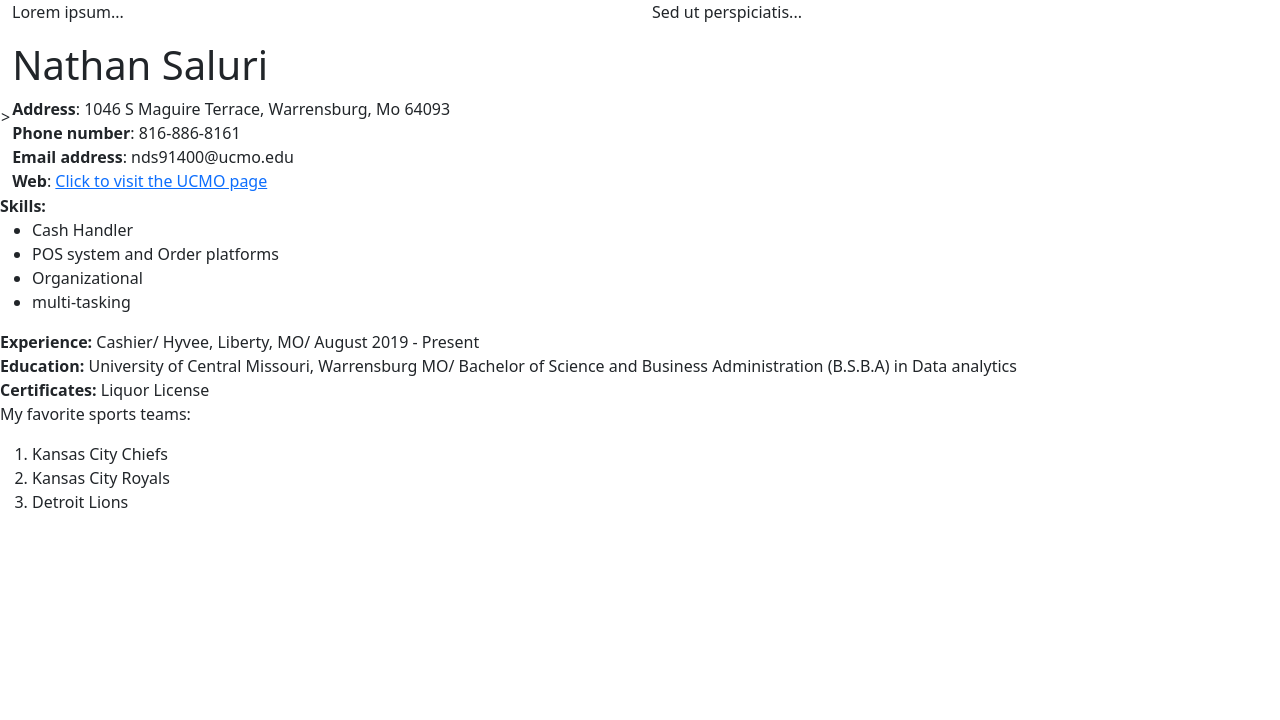
Repository: nds91400/spring-2023-cis2625-serverless
Page: lesson8/index.html
The author's editor kept a record of every edit. The page is drawn from the files as they stood at one moment, then again after the next edit.
The browser window is 1280 px wide. The pictures show the whole page.

Above is the page before.

### lesson8/index.html
<!doctype html>
<html lang="en">
  <head>
    <meta charset="utf-8">
    <meta name="viewport" content="width=device-width, initial-scale=1">
    <title>Bootstrap demo</title>
    <link href="https://cdn.jsdelivr.net/npm/bootstrap@5.3.0-alpha1/dist/css/bootstrap.min.css" rel="stylesheet" integrity="sha384-GLhlTQ8iRABdZLl6O3oVMWSktQOp6b7In1Zl3/Jr59b6EGGoI1aFkw7cmDA6j6gD" crossorigin="anonymous">
  </head>
  <body>
      <div class="container-fluid">
  <div class="row">
    <div class="col-sm-3 col-md-6">
      <p>Lorem ipsum...</p>
    </div>
    <div class="col-sm-9 col-md-6">
      <p>Sed ut perspiciatis...</p>
    </div>
    <div class="row">
        <div class="col-sm">

        </div>
    </div>
  </div>
</div>

<table name="top" id="top">
<tr>
<td>></td>
<td>
    <h1>Nathan Saluri</h1>
<b>Address</b>: 1046 S Maguire Terrace, Warrensburg, Mo 64093</br>
<b>Phone number</b>: 816-886-8161</br>
<b>Email address</b>: nds91400@ucmo.edu</br>
<b>Web</b>: <a href="http://www.ucmo.edu">Click to visit the UCMO page</a></br></td>
</tr>
</table>

<b>Skills:</b>
<ul><li>Cash Handler</li>
<li>POS system and Order platforms</li>
<li>Organizational</li>
<li>multi-tasking</li>
</ul>
<b>Experience:</b> Cashier/ Hyvee, Liberty, MO/ August 2019 - Present </br>
<b>Education:</b> University of Central Missouri, Warrensburg MO/ Bachelor of Science and Business Administration (B.S.B.A) in Data analytics </br>
<b>Certificates:</b> Liquor License </br>

<p>My favorite sports teams:</p>
<ol>
    <li>Kansas City Chiefs</li>
    <li>Kansas City Royals</li>
    <li>Detroit Lions</li>
</ol>


</body>
</html>

After the next edit:
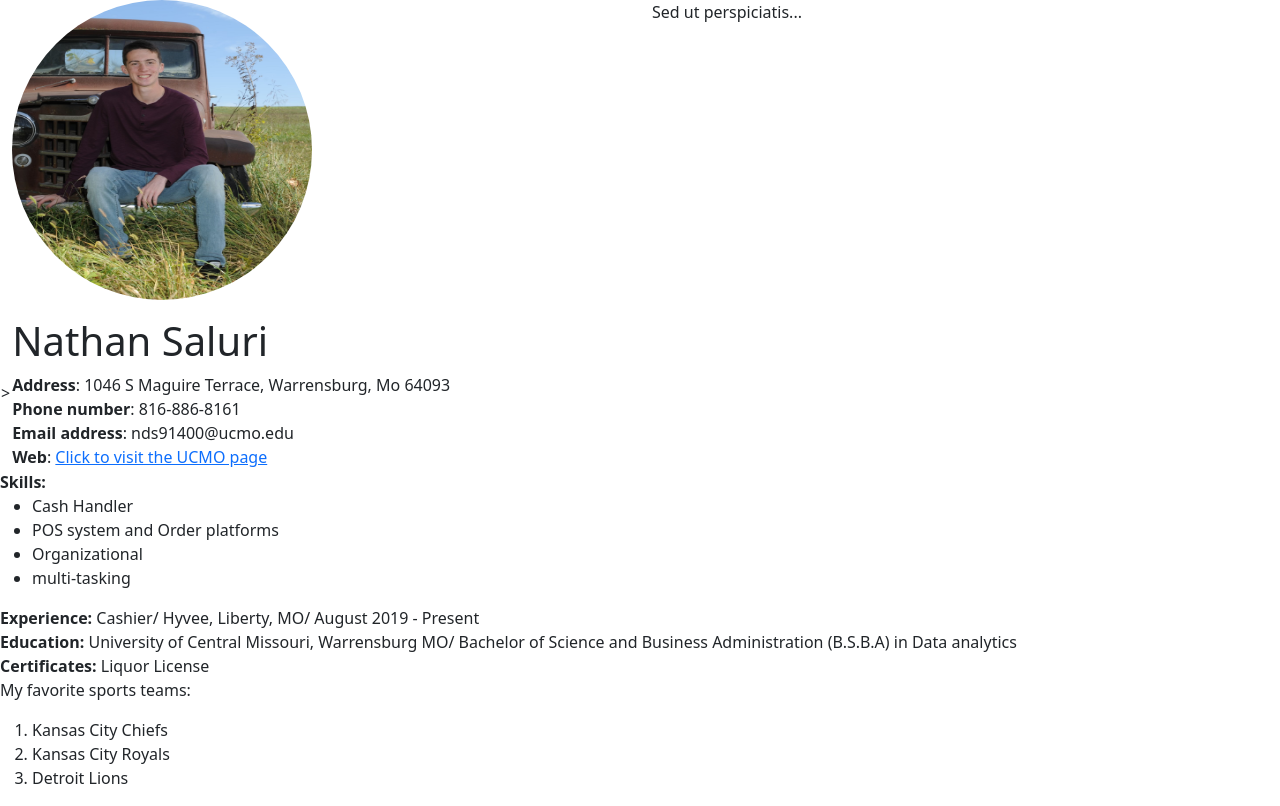
The edit:
--- a/lesson8/index.html
+++ b/lesson8/index.html
@@ -10,7 +10,7 @@
       <div class="container-fluid">
   <div class="row">
     <div class="col-sm-3 col-md-6">
-      <p>Lorem ipsum...</p>
+      <p><img src="img/Saluri1.jpg" class="rounded-circle" alt="Nate Saluri Picture" height="300" width="300"</p>
     </div>
     <div class="col-sm-9 col-md-6">
       <p>Sed ut perspiciatis...</p>
